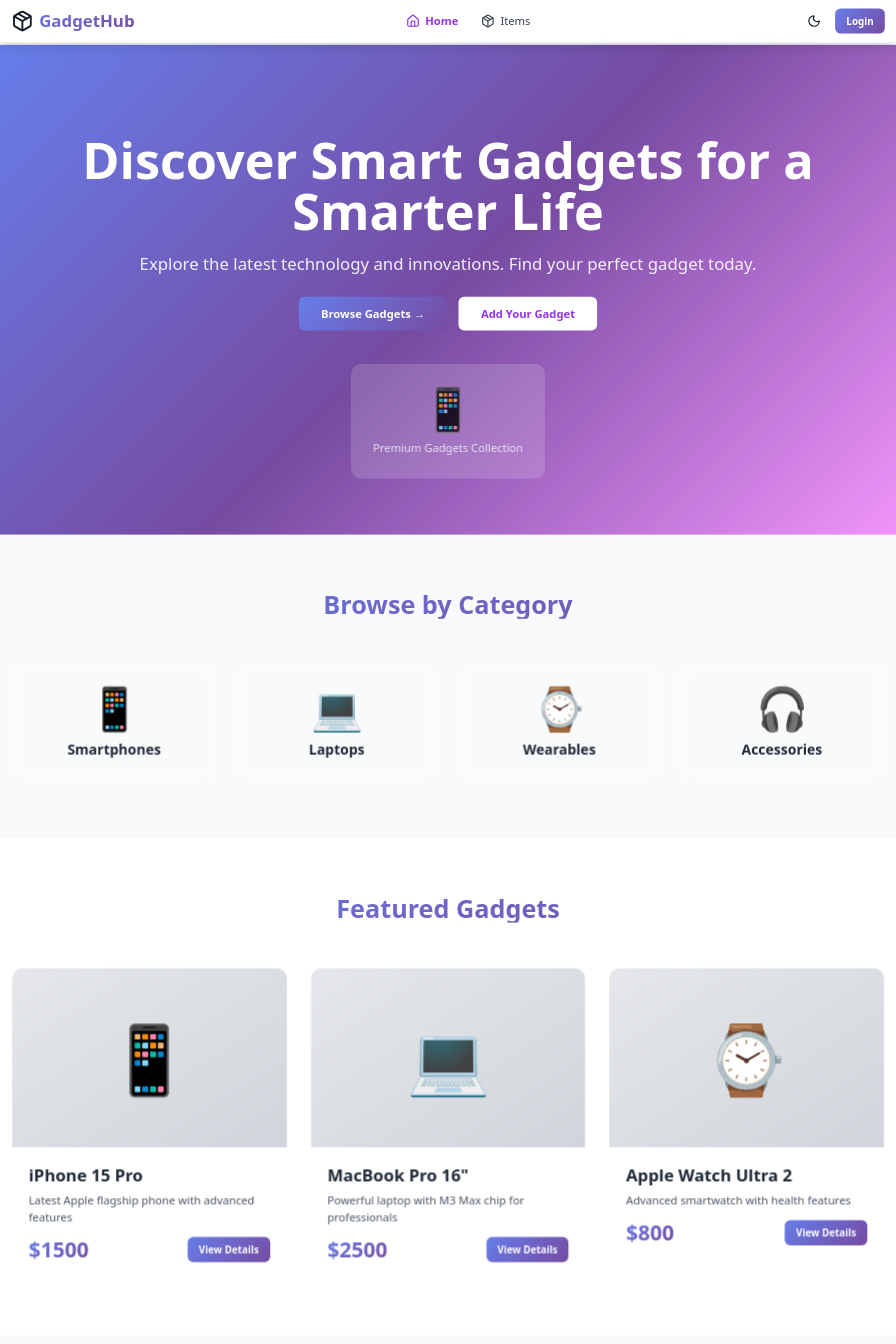
Repository: rajes124/Gadget-Next-js
Page: /
The author's editor kept a copy of each file at every save. The page is drawn from the files as they stood at one save, then again after the next save.
The browser window is 1280 px wide. The pictures show the part of the page from y = 0 to 1920 px (the page is 4011 px tall before and 4121 px after), at 70% of full size.
The project was rebuilt for these pictures with package versions that can differ from the ones it lists, and the page was loaded fresh each time. The framework's server and built-in components were replaced by stand-ins that run in the browser. Also part of the build but not shown: next.config.js.

Above is the page before, as saved 2026-01-18 11:54:40.

### app/layout.tsx
import type { Metadata } from "next";
import Navbar from "@/components/Navbar";
import Footer from "@/components/Footer";
import Providers from "@/components/Providers";
import "./globals.css";

export const metadata: Metadata = {
  title: "GadgetHub - Discover Smart Gadgets",
  description: "Explore the latest technology and innovations. Find your perfect gadget today.",
};

export default function RootLayout({
  children,
}: {
  children: React.ReactNode;
}) {
  return (
    <html lang="en" suppressHydrationWarning>
      <body className="bg-white dark:bg-slate-950 text-gray-900 dark:text-gray-100">
        <Providers>
          <Navbar />
          <main className="min-h-screen pt-16">
            {children}
          </main>
          <Footer />
        </Providers>
      </body>
    </html>
  );
}

### app/page.tsx
import HeroSection from "@/components/sections/HeroSection";
import CategoriesSection from "@/components/sections/CategoriesSection";
import FeaturedSection from "@/components/sections/FeaturedSection";
import WhyChooseSection from "@/components/sections/WhyChooseSection";
import HowItWorksSection from "@/components/sections/HowItWorksSection";
import TestimonialsSection from "@/components/sections/TestimonialsSection";
import CTASection from "@/components/sections/CTASection";

export default function Home() {
  return (
    <>
      <HeroSection />
      <CategoriesSection />
      <FeaturedSection />
      <WhyChooseSection />
      <HowItWorksSection />
      <TestimonialsSection />
      <CTASection />
    </>
  );
}

### components/Footer.tsx
'use client';

export default function Footer() {
  return (
    <footer className="bg-gray-900 dark:bg-black text-white py-12 mt-20">
      <div className="max-w-7xl mx-auto px-4">
        <div className="grid md:grid-cols-4 gap-8 mb-8">
          <div>
            <h3 className="text-xl font-bold mb-4 gradient-text">GadgetHub</h3>
            <p className="text-gray-400">Discover the latest smart gadgets for a smarter life.</p>
          </div>
          <div>
            <h4 className="font-semibold mb-4">Quick Links</h4>
            <ul className="space-y-2 text-gray-400">
              <li><a href="#" className="hover:text-white transition">Home</a></li>
              <li><a href="/items" className="hover:text-white transition">Items</a></li>
              <li><a href="/login" className="hover:text-white transition">Login</a></li>
            </ul>
          </div>
          <div>
            <h4 className="font-semibold mb-4">Categories</h4>
            <ul className="space-y-2 text-gray-400">
              <li><a href="#" className="hover:text-white transition">Smartphones</a></li>
              <li><a href="#" className="hover:text-white transition">Laptops</a></li>
              <li><a href="#" className="hover:text-white transition">Wearables</a></li>
            </ul>
          </div>
          <div>
            <h4 className="font-semibold mb-4">Follow Us</h4>
            <div className="flex gap-4">
              <a href="#" className="text-gray-400 hover:text-white transition">Facebook</a>
              <a href="#" className="text-gray-400 hover:text-white transition">Twitter</a>
              <a href="#" className="text-gray-400 hover:text-white transition">Instagram</a>
            </div>
          </div>
        </div>
        <div className="border-t border-gray-800 pt-8 text-center text-gray-400">
          <p>&copy; 2026 GadgetHub. All rights reserved.</p>
        </div>
      </div>
    </footer>
  );
}

### components/Providers.tsx
'use client';

import { Toaster } from 'react-hot-toast';
import { ThemeProvider } from 'next-themes';

export default function Providers({ children }: { children: React.ReactNode }) {
  return (
    <ThemeProvider attribute="class" defaultTheme="light" enableSystem>
      {children}
      <Toaster position="top-right" />
    </ThemeProvider>
  );
}

### app/globals.css
@tailwind base;
@tailwind components;
@tailwind utilities;

* {
  margin: 0;
  padding: 0;
  box-sizing: border-box;
}

html {
  scroll-behavior: smooth;
}

body {
  transition: background-color 0.3s ease, color 0.3s ease;
}

.gradient-text {
  background: linear-gradient(135deg, #667eea 0%, #764ba2 100%);
  -webkit-background-clip: text;
  -webkit-text-fill-color: transparent;
  background-clip: text;
}

.gradient-bg {
  background: linear-gradient(135deg, #667eea 0%, #764ba2 50%, #f093fb 100%);
}

.glass-effect {
  background: rgba(255, 255, 255, 0.1);
  backdrop-filter: blur(10px);
  border: 1px solid rgba(255, 255, 255, 0.2);
}

.dark .glass-effect {
  background: rgba(15, 23, 42, 0.3);
  border: 1px solid rgba(148, 163, 184, 0.2);
}

.gradient-btn {
  background: linear-gradient(135deg, #667eea 0%, #764ba2 100%);
  transition: all 0.3s ease;
}

.gradient-btn:hover {
  transform: translateY(-2px);
  box-shadow: 0 10px 25px rgba(102, 126, 234, 0.4);
}

### components/sections/HeroSection.tsx
'use client';

import Link from 'next/link';

export default function HeroSection() {
  return (
    <section className="pt-32 pb-20 px-4 gradient-bg text-white">
      <div className="max-w-7xl mx-auto">
        <div className="text-center mb-12">
          <h1 className="text-5xl md:text-7xl font-bold mb-6">
            Discover Smart Gadgets for a Smarter Life
          </h1>
          <p className="text-xl md:text-2xl mb-8 opacity-90">
            Explore the latest technology and innovations. Find your perfect gadget today.
          </p>
          <div className="flex flex-col md:flex-row gap-4 justify-center">
            <Link href="/items" className="gradient-btn text-white px-8 py-3 rounded-lg font-semibold hover:scale-105 transition">
              Browse Gadgets →
            </Link>
            <Link href="/login" className="bg-white text-purple-600 px-8 py-3 rounded-lg font-semibold hover:scale-105 transition">
              Add Your Gadget
            </Link>
          </div>
        </div>
        <div className="mt-12 text-center opacity-80">
          <div className="inline-block bg-white bg-opacity-20 rounded-2xl p-8 backdrop-blur">
            <div className="text-6xl">📱</div>
            <p className="mt-4">Premium Gadgets Collection</p>
          </div>
        </div>
      </div>
    </section>
  );
}

### components/sections/CategoriesSection.tsx
'use client';

export default function CategoriesSection() {
  const categories = [
    { name: 'Smartphones', icon: '📱', color: 'from-blue-500 to-cyan-500' },
    { name: 'Laptops', icon: '💻', color: 'from-purple-500 to-pink-500' },
    { name: 'Wearables', icon: '⌚', color: 'from-green-500 to-emerald-500' },
    { name: 'Accessories', icon: '🎧', color: 'from-orange-500 to-red-500' },
  ];

  return (
    <section className="py-20 px-4 bg-gray-50 dark:bg-slate-800">
      <div className="max-w-7xl mx-auto">
        <h2 className="text-4xl font-bold text-center mb-16 gradient-text">Browse by Category</h2>
        <div className="grid md:grid-cols-4 gap-6">
          {categories.map((cat) => (
            <div
              key={cat.name}
              className="glass-effect p-8 rounded-2xl text-center cursor-pointer hover:scale-105 hover:shadow-2xl transition-all"
            >
              <div className="text-6xl mb-4">{cat.icon}</div>
              <h3 className="text-xl font-semibold text-gray-800 dark:text-white">{cat.name}</h3>
            </div>
          ))}
        </div>
      </div>
    </section>
  );
}

### components/sections/FeaturedSection.tsx
'use client';

import Link from 'next/link';

export default function FeaturedSection() {
  const featured = [
    {
      id: '1',
      name: 'iPhone 15 Pro',
      price: 1500,
      image: '📱',
      description: 'Latest Apple flagship phone with advanced features',
    },
    {
      id: '2',
      name: 'MacBook Pro 16"',
      price: 2500,
      image: '💻',
      description: 'Powerful laptop with M3 Max chip for professionals',
    },
    {
      id: '3',
      name: 'Apple Watch Ultra 2',
      price: 800,
      image: '⌚',
      description: 'Advanced smartwatch with health features',
    },
  ];

  return (
    <section className="py-20 px-4 bg-white dark:bg-slate-900">
      <div className="max-w-7xl mx-auto">
        <h2 className="text-4xl font-bold text-center mb-16 gradient-text">Featured Gadgets</h2>
        <div className="grid md:grid-cols-3 gap-8">
          {featured.map((item) => (
            <div key={item.id} className="glass-effect rounded-2xl overflow-hidden hover:shadow-2xl transition-all">
              <div className="bg-gradient-to-br from-gray-200 dark:from-gray-700 to-gray-300 dark:to-gray-800 h-64 flex items-center justify-center">
                <div className="text-8xl">{item.image}</div>
              </div>
              <div className="p-6">
                <h3 className="text-2xl font-bold text-gray-800 dark:text-white mb-2">{item.name}</h3>
                <p className="text-gray-600 dark:text-gray-400 mb-4">{item.description}</p>
                <div className="flex justify-between items-center">
                  <span className="text-3xl font-bold gradient-text">${item.price}</span>
                  <Link href={`/items/${item.id}`} className="gradient-btn text-white px-4 py-2 rounded-lg text-sm font-semibold">
                    View Details
                  </Link>
                </div>
              </div>
            </div>
          ))}
        </div>
      </div>
    </section>
  );
}

### components/sections/WhyChooseSection.tsx
'use client';

export default function WhyChooseSection() {
  const reasons = [
    { icon: '🔒', title: 'Secure Login', description: 'Protected user authentication' },
    { icon: '✅', title: 'Verified Products', description: 'Quality guaranteed gadgets' },
    { icon: '⚡', title: 'Fast Delivery', description: 'Quick and reliable shipping' },
    { icon: '🎨', title: 'Modern UI', description: 'Beautiful, responsive design' },
  ];

  return (
    <section className="py-20 px-4 bg-gray-50 dark:bg-slate-800">
      <div className="max-w-7xl mx-auto">
        <h2 className="text-4xl font-bold text-center mb-16 gradient-text">Why Choose GadgetHub?</h2>
        <div className="grid md:grid-cols-4 gap-6">
          {reasons.map((reason) => (
            <div key={reason.title} className="text-center p-6">
              <div className="text-6xl mb-4">{reason.icon}</div>
              <h3 className="text-xl font-bold text-gray-800 dark:text-white mb-2">{reason.title}</h3>
              <p className="text-gray-600 dark:text-gray-400">{reason.description}</p>
            </div>
          ))}
        </div>
      </div>
    </section>
  );
}

### components/sections/HowItWorksSection.tsx
'use client';

export default function HowItWorksSection() {
  const steps = [
    { number: 1, title: 'Login', description: 'Create your account or sign in' },
    { number: 2, title: 'Browse Items', description: 'Explore our gadget collection' },
    { number: 3, title: 'View Details', description: 'Check product specifications' },
    { number: 4, title: 'Add New Gadget', description: 'Contribute to our catalog' },
  ];

  return (
    <section className="py-20 px-4 bg-white dark:bg-slate-900">
      <div className="max-w-7xl mx-auto">
        <h2 className="text-4xl font-bold text-center mb-16 gradient-text">How It Works</h2>
        <div className="grid md:grid-cols-4 gap-8">
          {steps.map((step) => (
            <div key={step.number} className="relative text-center">
              <div className="flex justify-center mb-6">
                <div className="gradient-bg w-16 h-16 rounded-full flex items-center justify-center text-white text-3xl font-bold">
                  {step.number}
                </div>
              </div>
              <h3 className="text-xl font-bold text-gray-800 dark:text-white mb-2">{step.title}</h3>
              <p className="text-gray-600 dark:text-gray-400">{step.description}</p>
              {step.number < 4 && (
                <div className="hidden md:block absolute top-8 left-[60%] w-[40%] h-1 gradient-bg"></div>
              )}
            </div>
          ))}
        </div>
      </div>
    </section>
  );
}

### components/sections/TestimonialsSection.tsx
'use client';

export default function TestimonialsSection() {
  const testimonials = [
    {
      name: 'Sarah Johnson',
      role: 'Tech Enthusiast',
      avatar: '👩‍💼',
      text: 'Best platform to discover the latest gadgets. Love the modern interface!',
      rating: 5,
    },
    {
      name: 'Mike Chen',
      role: 'Developer',
      text: 'GadgetHub makes it easy to find and compare products. Highly recommended!',
      rating: 5,
    },
    {
      name: 'Emily Davis',
      role: 'Designer',
      text: 'Beautiful UI and smooth experience. My go to for tech shopping!',
      rating: 5,
    },
  ];

  return (
    <section className="py-20 px-4 bg-gray-50 dark:bg-slate-800">
      <div className="max-w-7xl mx-auto">
        <h2 className="text-4xl font-bold text-center mb-16 gradient-text">What Our Users Say</h2>
        <div className="grid md:grid-cols-3 gap-8">
          {testimonials.map((testimonial) => (
            <div key={testimonial.name} className="glass-effect p-8 rounded-2xl">
              <div className="flex mb-4">
                {[...Array(testimonial.rating)].map((_, i) => (
                  <span key={i} className="text-2xl">⭐</span>
                ))}
              </div>
              <p className="text-gray-700 dark:text-gray-300 mb-6 italic">{testimonial.text}</p>
              <div className="flex items-center gap-4">
                <div className="text-4xl">{testimonial.avatar}</div>
                <div>
                  <h4 className="font-bold text-gray-800 dark:text-white">{testimonial.name}</h4>
                  <p className="text-sm text-gray-600 dark:text-gray-400">{testimonial.role}</p>
                </div>
              </div>
            </div>
          ))}
        </div>
      </div>
    </section>
  );
}

### components/sections/CTASection.tsx
'use client';

import Link from 'next/link';

export default function CTASection() {
  return (
    <section className="gradient-bg py-20 px-4 text-white">
      <div className="max-w-4xl mx-auto text-center">
        <h2 className="text-5xl font-bold mb-6">Ready to Explore the Future of Tech?</h2>
        <p className="text-xl mb-8 opacity-90">
          Join thousands of tech enthusiasts discovering the latest gadgets every day.
        </p>
        <div className="flex flex-col md:flex-row gap-4 justify-center">
          <Link href="/login" className="bg-white text-purple-600 px-8 py-4 rounded-lg font-bold text-lg hover:scale-105 transition">
            Get Started →
          </Link>
          <Link href="/items" className="border-2 border-white text-white px-8 py-4 rounded-lg font-bold text-lg hover:bg-white hover:bg-opacity-10 transition">
            View Items
          </Link>
        </div>
      </div>
    </section>
  );
}

### lib/auth.ts
import { signOut, signInWithEmailAndPassword, createUserWithEmailAndPassword } from 'firebase/auth';
import { auth } from './firebase';
import { setAuthCookie, removeAuthCookie, setUserCookie, getUserCookie } from './cookies';

export const signIn = async (email: string, password: string) => {
  try {
    const result = await signInWithEmailAndPassword(auth, email, password);
    const token = await result.user.getIdToken();

    setAuthCookie(token);
    setUserCookie({
      uid: result.user.uid,
      email: result.user.email,
      displayName: result.user.displayName,
    });

    return result.user;
  } catch (error: any) {
    throw error;
  }
};

export const signUp = async (email: string, password: string, displayName?: string) => {
  try {
    const result = await createUserWithEmailAndPassword(auth, email, password);
    const token = await result.user.getIdToken();

    setAuthCookie(token);
    setUserCookie({
      uid: result.user.uid,
      email: result.user.email,
      displayName: displayName || email.split('@')[0],
    });

    return result.user;
  } catch (error: any) {
    throw error;
  }
};

export const logout = async () => {
  try {
    await signOut(auth);
    removeAuthCookie();
  } catch (error) {
    console.error('Logout error:', error);
  }
};

export const getCurrentUser = () => {
  return getUserCookie();
};

### lib/firebase.ts
import { initializeApp } from "firebase/app";
import { getAuth } from "firebase/auth";
import { getFirestore } from "firebase/firestore";

const firebaseConfig = {
  apiKey: "AIzaSyDvBJhLa10oqdlcbmkKFgUltEKyrTwjIMk",
  authDomain: "techgad-get.firebaseapp.com",
  projectId: "techgad-get",
  storageBucket: "techgad-get.firebasestorage.app",
  messagingSenderId: "129611510027",
  appId: "1:129611510027:web:4d41bc17581bfff22e320e",
  measurementId: "G-ZS9JZGP2KL"
};

const app = initializeApp(firebaseConfig);
export const auth = getAuth(app);
export const db = getFirestore(app);

export default app;

### lib/cookies.ts
import Cookies from 'js-cookie';

export const setAuthCookie = (token: string) => {
  Cookies.set('auth_token', token, {
    expires: 7,
    secure: process.env.NODE_ENV === 'production',
    sameSite: 'strict',
  });
};

export const getAuthCookie = () => {
  return Cookies.get('auth_token');
};

export const removeAuthCookie = () => {
  Cookies.remove('auth_token');
};

export const setUserCookie = (user: any) => {
  Cookies.set('user', JSON.stringify(user), {
    expires: 7,
    secure: process.env.NODE_ENV === 'production',
    sameSite: 'strict',
  });
};

export const getUserCookie = () => {
  const user = Cookies.get('user');
  return user ? JSON.parse(user) : null;
};

### tailwind.config.ts
import type { Config } from 'tailwindcss';

const config: Config = {
  content: [
    './app/**/*.{js,ts,jsx,tsx,mdx}',
    './components/**/*.{js,ts,jsx,tsx,mdx}',
  ],
  theme: {
    extend: {
      colors: {
        primary: '#667eea',
        secondary: '#764ba2',
      },
    },
  },
  darkMode: 'class',
  plugins: [],
};
export default config;

Loaded but not shown: components/Navbar.tsx (199 lines, source omitted)

After the next save:
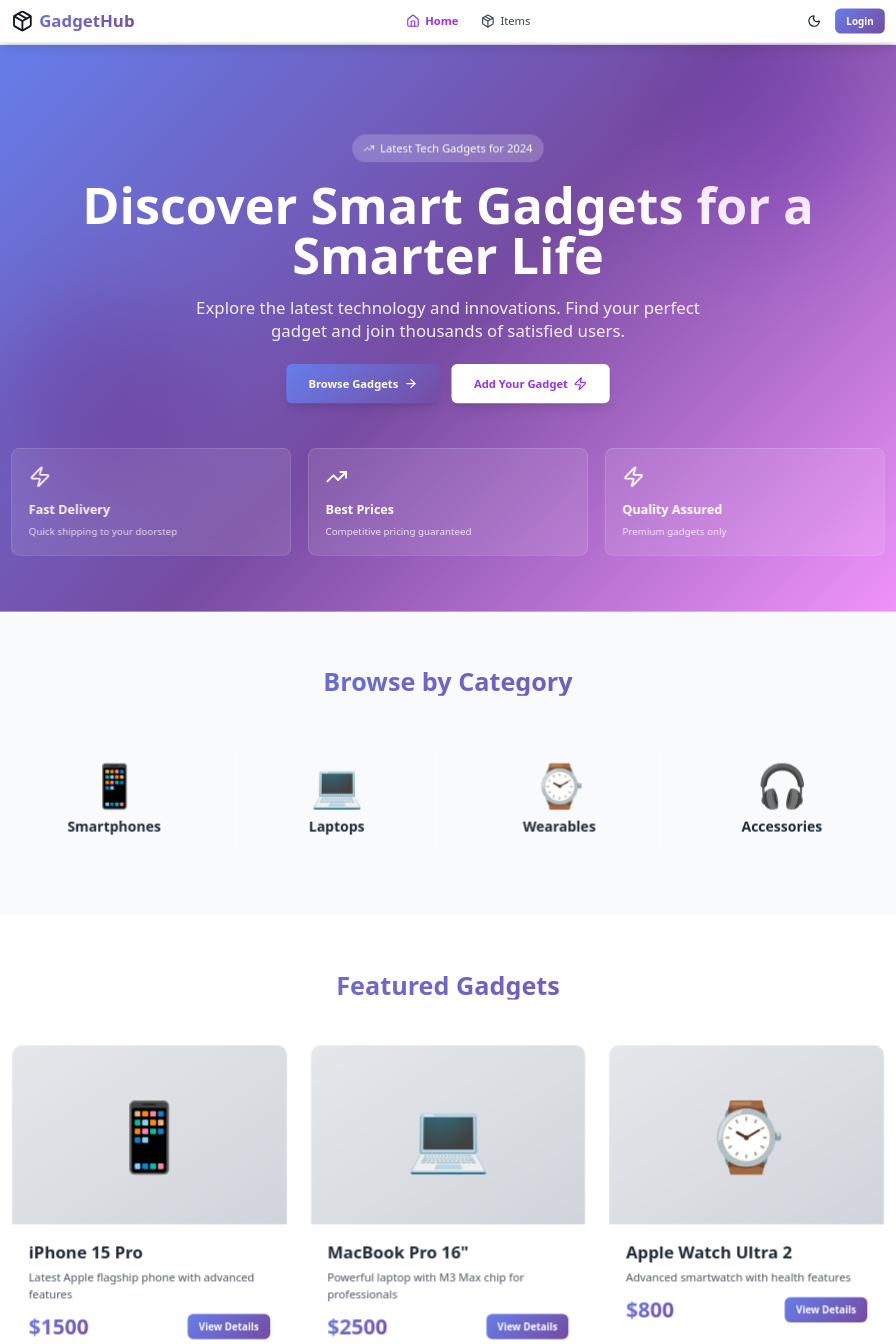
Saved 14 s later.
--- a/components/sections/HeroSection.tsx
+++ b/components/sections/HeroSection.tsx
@@ -1,34 +1,62 @@
 'use client';
 
 import Link from 'next/link';
+import { ArrowRight, Zap, TrendingUp } from 'lucide-react';
 
 export default function HeroSection() {
   return (
-    <section className="pt-32 pb-20 px-4 gradient-bg text-white">
+    <section className="pt-32 pb-20 px-4 gradient-bg text-white overflow-hidden">
       <div className="max-w-7xl mx-auto">
-        <div className="text-center mb-12">
-          <h1 className="text-5xl md:text-7xl font-bold mb-6">
+        <div className="text-center mb-12 animate-fade-in">
+          <div className="inline-block mb-6 px-4 py-2 bg-white bg-opacity-20 rounded-full backdrop-blur-sm">
+            <span className="flex items-center gap-2 text-sm md:text-base">
+              <TrendingUp className="w-4 h-4" />
+              <span>Latest Tech Gadgets for 2024</span>
+            </span>
+          </div>
+          <h1 className="text-5xl md:text-7xl font-bold mb-6 leading-tight animate-slide-in-down">
             Discover Smart Gadgets for a Smarter Life
           </h1>
-          <p className="text-xl md:text-2xl mb-8 opacity-90">
-            Explore the latest technology and innovations. Find your perfect gadget today.
+          <p className="text-lg md:text-2xl mb-8 opacity-90 animate-slide-in-up max-w-3xl mx-auto">
+            Explore the latest technology and innovations. Find your perfect gadget and join thousands of satisfied users.
           </p>
-          <div className="flex flex-col md:flex-row gap-4 justify-center">
-            <Link href="/items" className="gradient-btn text-white px-8 py-3 rounded-lg font-semibold hover:scale-105 transition">
-              Browse Gadgets →
+          <div className="flex flex-col md:flex-row gap-4 justify-center animate-fade-in" style={{ animationDelay: '0.3s' }}>
+            <Link href="/items" className="gradient-btn text-white px-8 py-4 rounded-lg font-semibold hover:scale-105 transition-transform duration-300 flex items-center justify-center gap-2 shadow-lg">
+              <span>Browse Gadgets</span>
+              <ArrowRight className="w-5 h-5" />
             </Link>
-            <Link href="/login" className="bg-white text-purple-600 px-8 py-3 rounded-lg font-semibold hover:scale-105 transition">
-              Add Your Gadget
+            <Link href="/login" className="bg-white text-purple-600 px-8 py-4 rounded-lg font-semibold hover:scale-105 transition-transform duration-300 flex items-center justify-center gap-2 shadow-lg">
+              <span>Add Your Gadget</span>
+              <Zap className="w-5 h-5" />
             </Link>
           </div>
         </div>
-        <div className="mt-12 text-center opacity-80">
-          <div className="inline-block bg-white bg-opacity-20 rounded-2xl p-8 backdrop-blur">
-            <div className="text-6xl">📱</div>
-            <p className="mt-4">Premium Gadgets Collection</p>
-          </div>
+
+        {/* Feature Cards */}
+        <div className="grid md:grid-cols-3 gap-6 mt-16 animate-fade-in" style={{ animationDelay: '0.6s' }}>
+          {[
+            { icon: Zap, title: 'Fast Delivery', desc: 'Quick shipping to your doorstep' },
+            { icon: TrendingUp, title: 'Best Prices', desc: 'Competitive pricing guaranteed' },
+            { icon: Zap, title: 'Quality Assured', desc: 'Premium gadgets only' },
+          ].map((feature, idx) => {
+            const IconComp = feature.icon;
+            return (
+              <div
+                key={idx}
+                className="bg-white bg-opacity-10 backdrop-blur-md rounded-xl p-6 border border-white border-opacity-20 hover:bg-opacity-20 transition-all duration-300 transform hover:scale-105"
+              >
+                <IconComp className="w-8 h-8 mb-4" />
+                <h3 className="text-lg font-semibold mb-2">{feature.title}</h3>
+                <p className="opacity-80 text-sm">{feature.desc}</p>
+              </div>
+            );
+          })}
         </div>
       </div>
+
+      {/* Decorative Elements */}
+      <div className="absolute top-10 right-10 w-72 h-72 bg-purple-400 rounded-full mix-blend-multiply filter blur-3xl opacity-20 animate-pulse"></div>
+      <div className="absolute bottom-0 left-0 w-72 h-72 bg-pink-400 rounded-full mix-blend-multiply filter blur-3xl opacity-20 animate-pulse" style={{ animationDelay: '2s' }}></div>
     </section>
   );
 }
